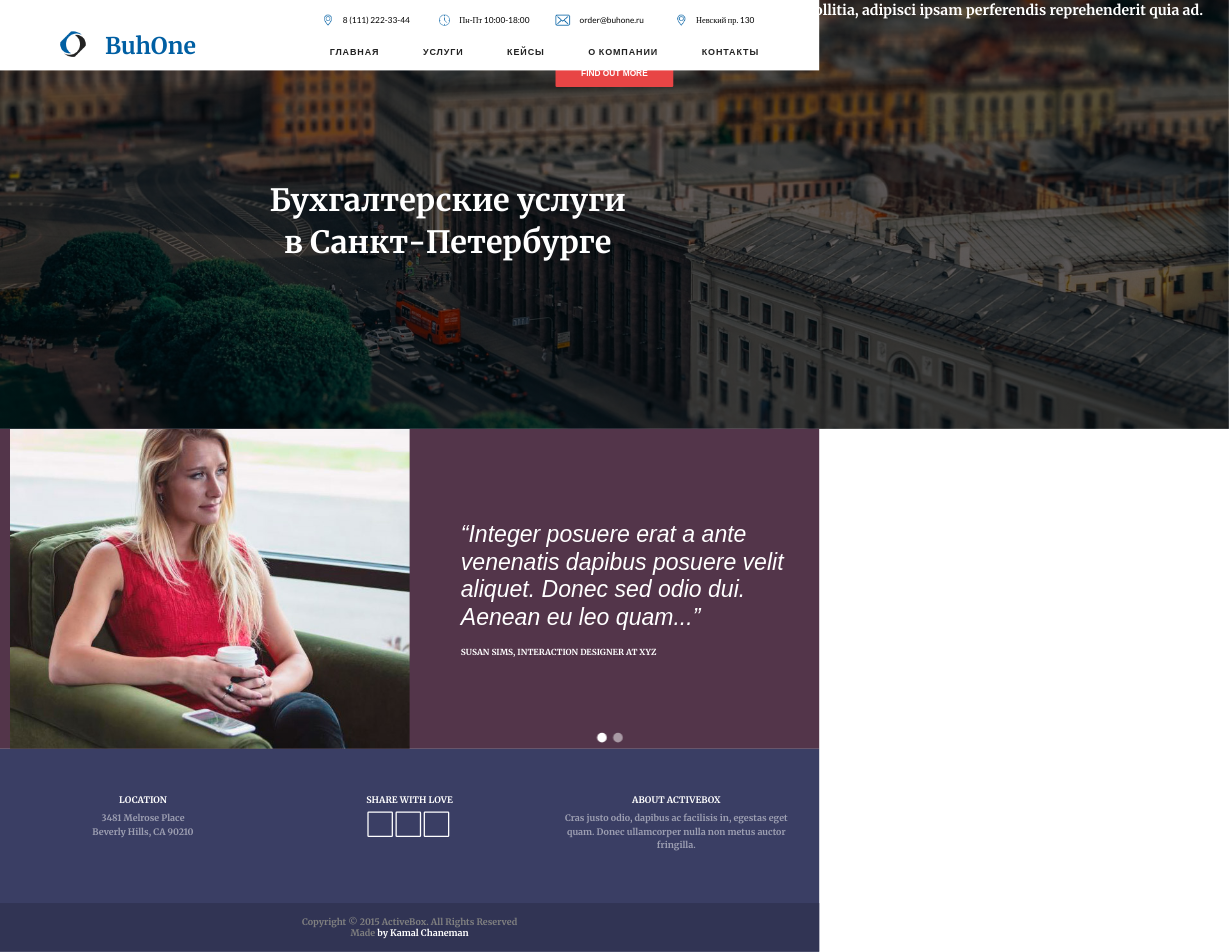
Repository: ZetsubouBilly/test
Page: index.html
The author's editor kept a copy of each file at every save. The page is drawn from the files as they stood at one save, then again after the next save.
The browser window is 1280 px wide. The page is 1920 px wide, so the pictures cover 1920 px, including what lies to the right of the window. The pictures show the whole page, at 64% of full size.

Above is the page before, as saved 2023-05-13 13:32:06.

After the next save:
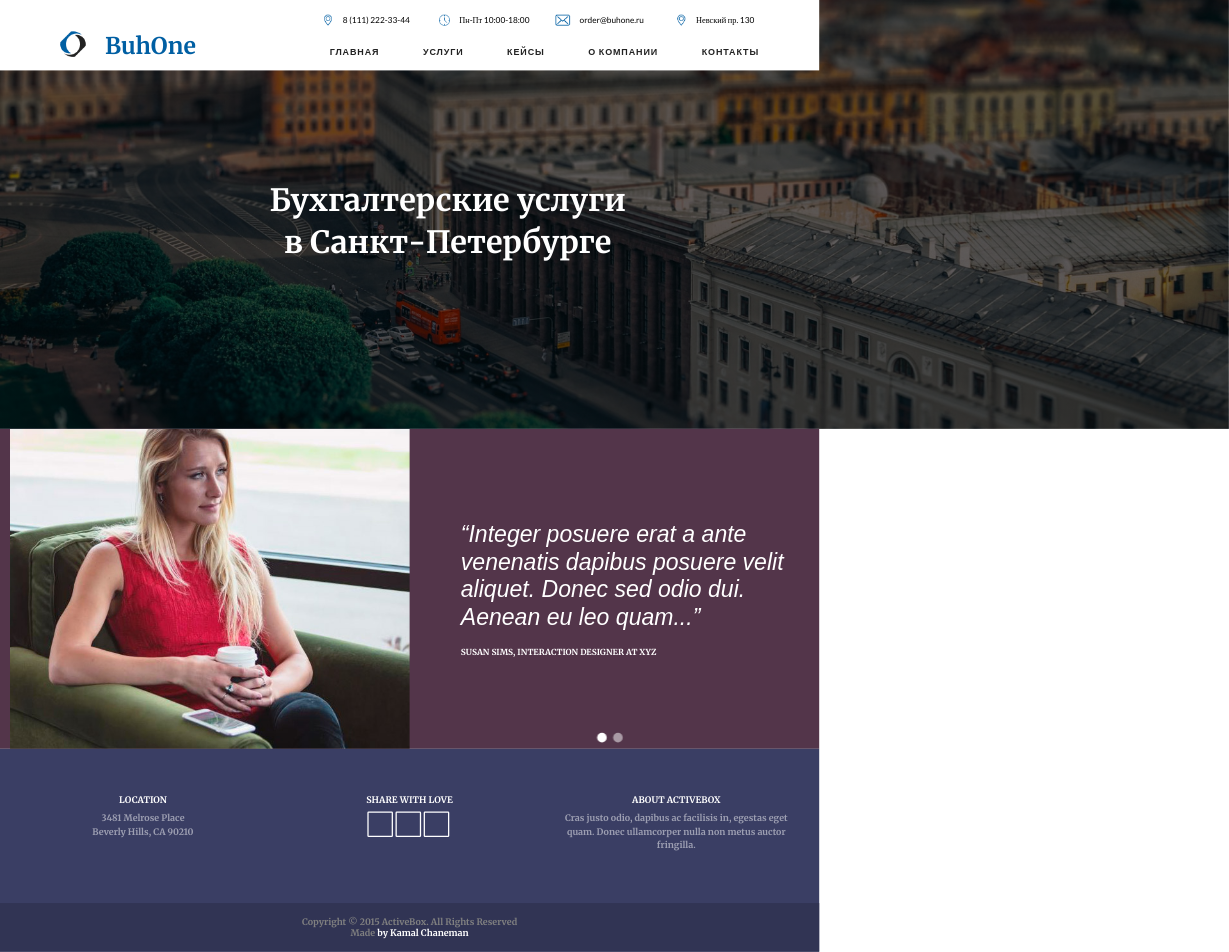
Saved 19 s later.
--- a/index.html
+++ b/index.html
@@ -84,9 +84,7 @@
     <div class="container">
         <div class="intro__inner">
              <h1 class="intro__title">Бухгалтерские услуги в Санкт-Петербурге</h1>
-             <h2 class="intro__subtitle">Lorem ipsum dolor sit amet consectetur adipisicing elit.
-                 Deleniti porro sed id unde facere iusto quis repellendus mollitia, adipisci ipsam
-                 perferendis reprehenderit quia ad.</h2>
+
                  <a class="btn  btn--red" href="">Find Out More</a>
         </div>
     </div>
